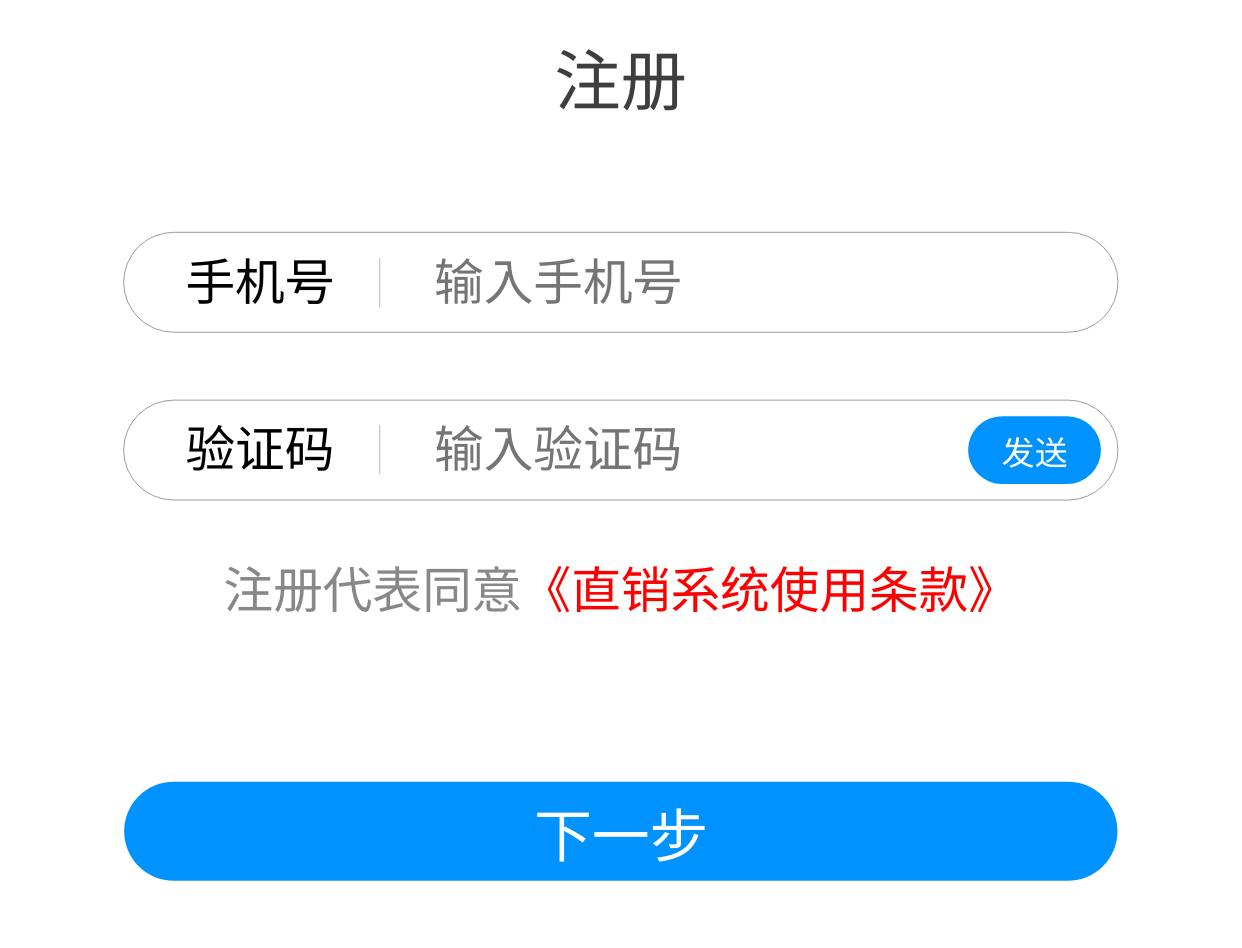
Repository: 421538074/sell
Page: consumer/find-password.html
The author's editor kept a copy of each file at every save. The page is drawn from the files as they stood at one save, then again after the next save.
The browser window is 1280 px wide. The pictures show the whole page, at 97% of full size.

Above is the page before, as saved 2019-05-29 15:53:48.

### consumer/find-password.html
<!DOCTYPE html>
<html lang="en">

<head>
    <meta charset="UTF-8">
    <meta name="viewport" content="width=device-width, initial-scale=1.0">
    <meta http-equiv="X-UA-Compatible" content="ie=edge">
    <link rel="stylesheet" href="../css/base.css">
    <link rel="stylesheet" href="css/find-password.css">
    <title>注册</title>
</head>

<body>
    <div id="app" class="content">
        <div class="regsiter">
            <div class="regsiter_wrap">
                <h4>注册</h4>
                <ul class="regsiter_uu">
                    <li>
                        <label class="title">手机号</label>
                        <input @input="limitLength('phone',11)" v-model="phone" maxlength="11" type="number"
                            placeholder="输入手机号">
                    </li>
                    <li>
                        <label class="title">验证码</label>
                        <input class="pasword" v-model="code" type="number" placeholder="输入验证码">
                        <button class="send-code">发送</button>
                    </li>
                </ul>
                <p class="regsiter-protocol">
                    注册代表同意<span class="stronger">《直销系统使用条款》</span>
                </p>
                <button class="regsiter_btn" @click="next">下一步</button>
            </div>
        </div>
    </div>
    <script src="../js/jquery.min.js"></script>
    <script src="../js/api.js"></script>
    <script src="../js/vue.js"></script>
    <script src="js/find-password.js"></script>
</body>

</html>

### css/base.css
/* http://meyerweb.com/eric/tools/css/reset/
   v2.0 | 20110126
   License: none (public domain)
*/

html,
body,
div,
span,
applet,
object,
iframe,
h1,
h2,
h3,
h4,
h5,
h6,
p,
blockquote,
pre,
a,
abbr,
acronym,
address,
big,
cite,
code,
del,
dfn,
em,
img,
ins,
kbd,
q,
s,
samp,
small,
strike,
strong,
sub,
sup,
tt,
var,
b,
u,
i,
center,
dl,
dt,
dd,
ol,
ul,
li,
fieldset,
form,
label,
legend,
table,
caption,
tbody,
tfoot,
thead,
tr,
th,
td,
article,
aside,
canvas,
details,
embed,
figure,
figcaption,
footer,
header,
hgroup,
menu,
nav,
output,
ruby,
section,
summary,
time,
mark,
audio,
video {
    margin: 0;
    padding: 0;
    border: 0;
    font-size: 100%;
    font: inherit;
    vertical-align: baseline;
}

/* HTML5 display-role reset for older browsers */
article,
aside,
details,
figcaption,
figure,
footer,
header,
hgroup,
menu,
nav,
section {
    display: block;
}

body {
    line-height: 1;
}

ol,
ul {
    list-style: none;
}

blockquote,
q {
    quotes: none;
}

blockquote:before,
blockquote:after,
q:before,
q:after {
    content: '';
    content: none;
}

table {
    border-collapse: collapse;
    border-spacing: 0;
}


body,
html {
    font-size: calc(100vw / 37.5);
    font-family: PingFangSC-Medium;
    background: #F2F2F2;
}


[v-cloak] {
    display: none;
}


hr {
    margin: 0;
    padding: 0;
}

.clearfix {
    zoom: 1;
}

.clearfix:after {
    content: ".";
    display: block;
    visibility: hidden;
    height: 0;
    clear: both;
}

[v-cloak] {
    display: none;
}

### consumer/css/find-password.css
html,body{
    background: #ffffff;
}
h4 {
    color: #3E3E3E;
    text-align: center;
    height: 5rem;
    font-size: 2rem;
    display: flex;
    align-items: center;
    justify-content: center;
}
li {
    width: 80%;
    border: 1px solid #999999;
    margin: 2rem auto;
    height: 3rem;
    border-radius: 10rem;
    display: flex;
    align-items: center;
    justify-content: space-around;
    position: relative;
}
label.title{
    position: relative;
    width: 20%;
    display: flex;
    align-items: center;
    justify-content: center;
    font-size: 1.5rem;
}
label.title::after{
    content: '';
    position: absolute;
    height: 100%;
    width: 1px;
    background: #B6B6B6;
    left: 110%;
}
li input {
    border: none;
    flex: 0.8;
    outline: 0;
    font-size: 1.5rem;
}
input.pasword{
    color: #0093FF;
}
button.regsiter_btn {
    background: #0093FF;
    outline: 0;
    border: none;
    border-radius: 10rem;
    height: 3rem;
    width: 80%;
    margin: 5rem auto;
    display: block;
    color: #ffffff;
    font-size: 1.75rem;
    margin-bottom: 2rem;
}
button.send-code {
    background: #0093FF;
    border: none;
    color: #fff;
    border-radius: 10rem;
    font-size: 1rem;
    padding: 0.3rem 1rem;
    position: absolute;
    right: 0.5rem;
    outline: 0;
}
p.regsiter-protocol {
    color: #888888;
    font-size: 1.5rem;
    text-align: center;
}
span.stronger {
    color: red;
}

### js/api.js



// window.warn = {
//     alert: function alert(msg) {
//         var template = `
// `
//         $('body').append(template);
//         $('.alert-body').animate({
//             top: "40px"
//         }, 200);
//         // setTimeout(function () {
//         //     warn.close();
//         // }, 1500);
//     },
//     close: function close() {
//         $('.alert-body').animate({
//             top: "-280px"
//         }, 200);
//         setTimeout(function () {
//             $('#alert-msg').remove();
//         }, 200);
//     }
// };

### consumer/js/find-password.js
new Vue({
    el:'#app',
    data() {
        return {
            phone:'',
            code:''
        }
    },
    methods: {
        next() {

        }
    }
});

Loaded but not shown: js/jquery.min.js (library); js/vue.js (library)

After the next save:
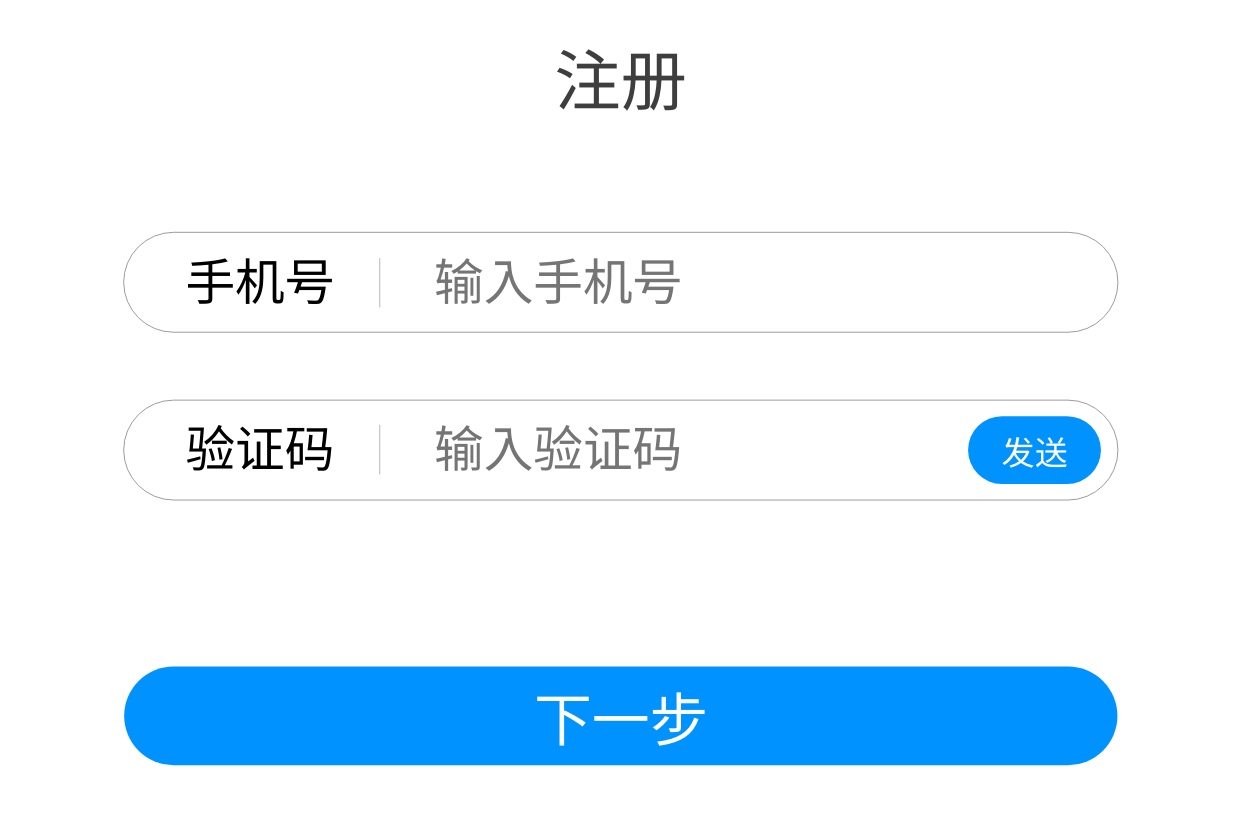
Saved 11 s later.
--- a/consumer/find-password.html
+++ b/consumer/find-password.html
@@ -27,9 +27,6 @@
                         <button class="send-code">发送</button>
                     </li>
                 </ul>
-                <p class="regsiter-protocol">
-                    注册代表同意<span class="stronger">《直销系统使用条款》</span>
-                </p>
                 <button class="regsiter_btn" @click="next">下一步</button>
             </div>
         </div>
